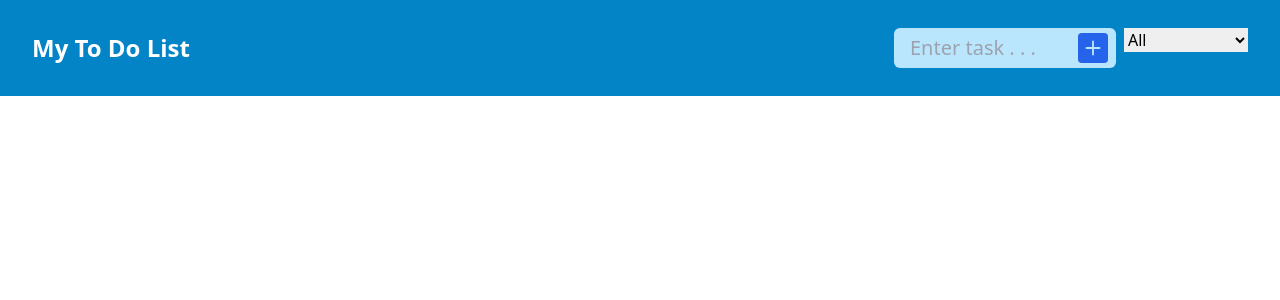
Repository: SaadYasin/react-to-do-list
Page: /
An editor plug-in stored every save of this project. The page is shown before and after a run of saves, followed by the edit.
The browser window is 1280 px wide. The pictures show the whole page.
The project was rebuilt for these pictures with package versions that can differ from the ones it lists, and the page was loaded fresh each time. Also part of the build but not shown: src/App.css.

Above is the page before, as saved 2022-11-09 20:36:57.

### public/index.html
<!DOCTYPE html>
<html lang="en">
  <head>
    <meta charset="utf-8" />
    <link rel="icon" href="%PUBLIC_URL%/favicon.ico" />
    <meta name="viewport" content="width=device-width, initial-scale=1" />
    <meta name="theme-color" content="#000000" />
    <meta
      name="description"
      content="Web site created using create-react-app"
    />
    <link rel="apple-touch-icon" href="%PUBLIC_URL%/logo192.png" />

    <link rel="manifest" href="%PUBLIC_URL%/manifest.json" />

    <title>React | To Do List</title>
  </head>
  <body>
    <noscript>You need to enable JavaScript to run this app.</noscript>
    <div id="root"></div>

  </body>
</html>

### src/App.js
import Header from './components/Header';
import './App.css';

function App() {
  return (
    <div>
      <Header />
    </div>
  );
}

export default App;

### src/components/Header.js
import React from 'react'
import Input from './Input'

const Header = () => {
  return (
    <div className="flex flex-col items-center md:flex-row md:justify-between h-24 bg-sky-600 px-8">
      <h1 className="text-2xl font-bold text-white my-2">My To Do List</h1>
      <Input />
    </div>
  );
}

export default Header

### src/components/Input.js
import React from "react";
import { BsFillPlusSquareFill } from "react-icons/bs";

const Input = () => {
  return (
    <div className="flex">
      <form className="flex h-10 bg-sky-200 rounded-md">
        <input
          type="text"
          placeholder="Enter task . . ."
          className="text-xl bg-transparent text-white px-4 w-44 outline-none"
        />
        <button className="text-3xl text-blue-600 px-2" type="submit">
          <BsFillPlusSquareFill />
        </button>
      </form>

      <div className="select ml-2 bg-">
        <select name="todos" id="filter-todos">
          <option value="all">All</option>
          <option value="completed">Completed</option>
          <option value="uncompleted">UnCompleted</option>
        </select>
      </div>

    </div>
  );
};

export default Input;

Loaded but not shown: src/index.js (common file); src/index.css (common file); tailwind.config.js (common file)

After the next 2 saves:
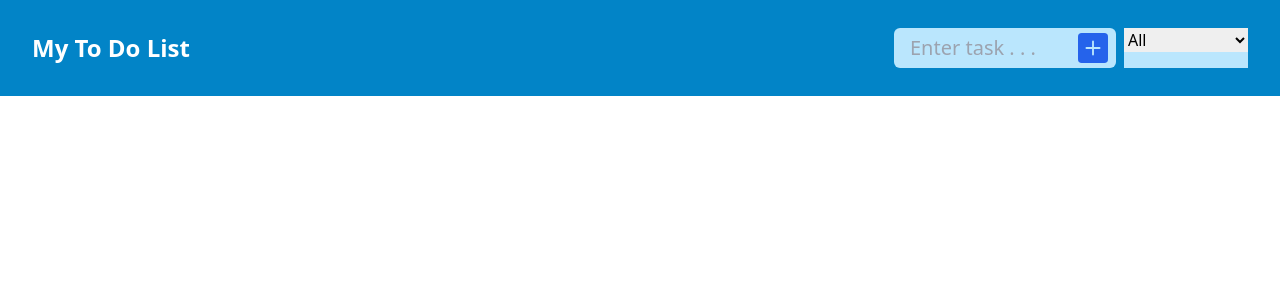
The 2 saves are shown as one change because they came seconds apart.
The last was saved 9 s later.
--- a/src/components/Input.js
+++ b/src/components/Input.js
@@ -15,7 +15,7 @@ const Input = () => {
         </button>
       </form>
 
-      <div className="select ml-2 bg-">
+      <div className="select ml-2 bg-sky-200">
         <select name="todos" id="filter-todos">
           <option value="all">All</option>
           <option value="completed">Completed</option>
